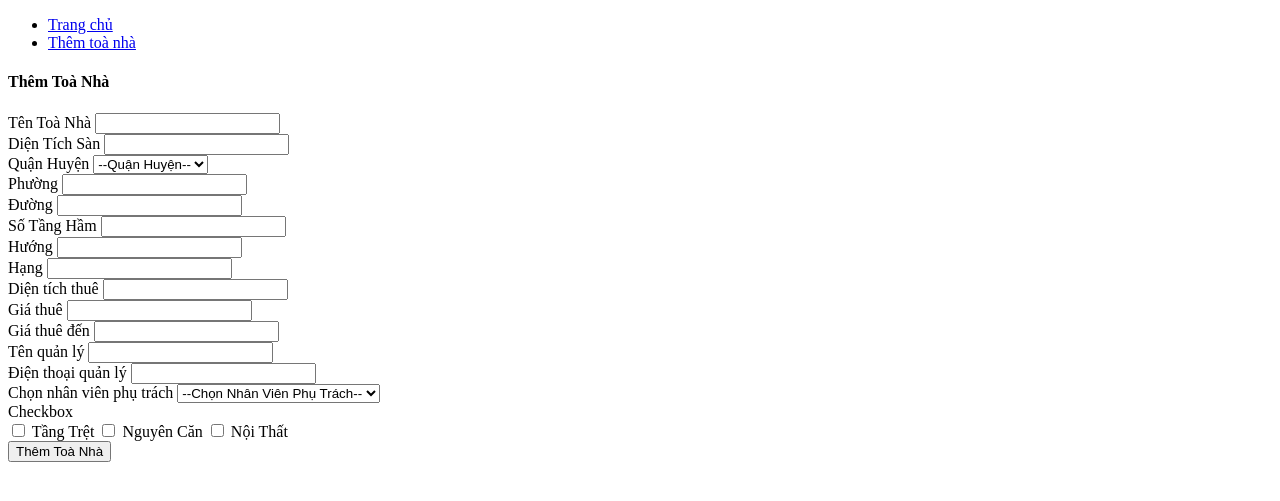
Repository: LeQuangBao0126/jspservlet122019_bao
Page: http://localhost/jspservletHUHUHU/views/admin/building/abcinsert.jsp
These files come from the project's save history. The page is drawn as it stood at one moment and after the next save; the edit follows.
The browser window is 1280 px wide. The pictures show the whole page.
The page is served by Tomcat 9. Nobody is signed in. The application's start-up code is not run. Other server files are loaded and not shown.

Above is the page before, as saved 2020-03-19 03:35:07.

### jspservletHUHUHU/src/main/webapp/views/admin/building/abcinsert.jsp
<%@ page language="java" contentType="text/html; charset=UTF-8" pageEncoding="UTF-8"%>
<!DOCTYPE html PUBLIC "-//W3C//DTD HTML 4.01 Transitional//EN" "http://www.w3.org/TR/html4/loose.dtd">
<html>
<head>
<meta http-equiv="Content-Type" content="text/html; charset=UTF-8">
<title>Thêm toà nhà</title>
</head>
<body>
<div class="main-content">
    <div class="main-content-inner">
        <div class="breadcrumbs ace-save-state" id="breadcrumbs">
            <ul class="breadcrumb">
                <li>
                    <i class="ace-icon fa fa-home home-icon"></i>
                    <a href="#">Trang chủ</a>
                </li>
                <li>
                    <i class="ace-icon fa fa-home home-icon"></i>
                    <a href="#">Thêm toà nhà</a>
                </li>
            </ul><!-- /.breadcrumb -->
        </div>
        <div class="page-content">
                    <div class="row">
                        <div class="widget-box">
                            <div class="widget-header">
                                <h4 class="widget-title">Thêm Toà Nhà</h4>
                                <div class="widget-toolbar">
                                    <a href="#" data-action="collapse">
                                        <i class="ace-icon fa fa-chevron-up"></i>
                                    </a>
                                </div>
                            </div>
                            <div class="widget-body">
                                <div class="widget-main">
                                    <div class="row">
                                        <div class="col-xs-12">
                                            <!-- PAGE CONTENT BEGINS -->
                                            <div class="row">
                                                <div class="col-sm-6">
                                                    <div>
                                                        <label for="name"> Tên Toà Nhà </label>
                                                        <input type="text" id="name" class="form-control" />
                                                    </div>
                                                </div>
                                                <div class="col-sm-6">
                                                    <div>
                                                        <label for=""> Diện Tích Sàn </label>
                                                        <input type="number" id="rentArea" class="form-control" />
                                                    </div>
                                                </div>
                                                <div class="col-sm-4">
                                                    <label for="">Quận Huyện</label>
	                                         		<select class="form-control" id="form-field-select-1">
													<option value="">--Quận Huyện--</option>
													<option value="a">aa</option>
													<option value="b">bb</option>
													<option value="c">cc</option>
													</select>
                                                </div>
                                                <div class="col-sm-4">
                                                    <label for="">Phường</label>
                                                    <input type="text" id="ward" class="form-control" />
                                                </div>
                                                <div class="col-sm-4">
                                                    <label for="">Đường</label>
                                                    <input type="text" class="form-control" />
                                                </div>
                                                <div class="col-sm-4">
                                                    <label for="">Số Tầng Hầm</label>
                                                    <input type="number" id="bumberOfBasesment" class="form-control" />
                                                </div>
                                                <div class="col-sm-4">
                                                    <label for="">Hướng</label>
                                                    <input type="text" class="form-control" />
                                                </div>
                                                <div class="col-sm-4">
                                                    <label for="">Hạng</label>
                                                    <input type="text" id="level" class="form-control" />
                                                </div>
                                                <div class="col-sm-3">
                                                    <label for="">Diện tích thuê</label>
                                                    <input type="number" id="rentArea" class="form-control" />
                                                </div>

                                                <div class="col-sm-3">
                                                    <label for="">Giá thuê </label>
                                                    <input type="number" id="rentCost" class="form-control" />
                                                </div>

                                                <div class="col-sm-3">
                                                    <label for="">Giá thuê đến</label>
                                                    <input type="number" id="rentCostTo" class="form-control" />
                                                </div>
                                                <div class="col-sm-4">
                                                    <label for="">Tên quản lý</label>
                                                    <input type="text" id="managerName" class="form-control" />
                                                </div>
                                                <div class="col-sm-4">
                                                    <label for="">Điện thoại quản lý</label>
                                                    <input type="text" id="managerPhone" class="form-control" />
                                                </div>
                                                <div class="col-sm-3">
                                                    <label for="">Chọn nhân viên phụ trách</label>
                                                    <select class="form-control" id="form-field-select-1">
													<option value="">--Chọn Nhân Viên Phụ Trách--</option>
													<option value="a">aa</option>
													<option value="b">bb</option>
													<option value="c">cc</option>
													</select>
                                                </div>
                                                <div class="col-sm-12">
                                                    <div class="control-group">
                                                        <label class="control-label bolder blue">Checkbox</label>
                                                        <div class="checkbox">
                                                            <label>
														<input name="form-field-checkbox" type="checkbox" class="ace">
														<span class="lbl">Tầng Trệt</span>
													</label>
                                                            <label>
														<input name="form-field-checkbox" type="checkbox" class="ace">
														<span class="lbl">Nguyên Căn</span>
													</label>
                                                            <label>
														<input name="form-field-checkbox" type="checkbox" class="ace">
														<span class="lbl">Nội Thất</span>
													</label>
                                                        </div>
                                                    </div>
                                                </div>
                                                <div class="col-sm-12">
                                                    <div class="pull-left" data-toggle="tooltip" title="Thêm Toà Nhà">
                                                        <button class="btn btn-sucess btn-info btn-bold">
												Thêm Toà Nhà
											</button>
                                                    </div>
                                                </div>
                                            </div>
                                            <!-- PAGE CONTENT ENDS -->
                                        </div>
                                        <!-- /.col -->
                                    </div>
                                </div>
                            </div>
                        </div>
                    </div>
                    <!-- /.row -->
                </div>
                <!-- /.page-content -->
    </div>
</div><!-- /.main-content -->
</body>
</html>

After the next save:
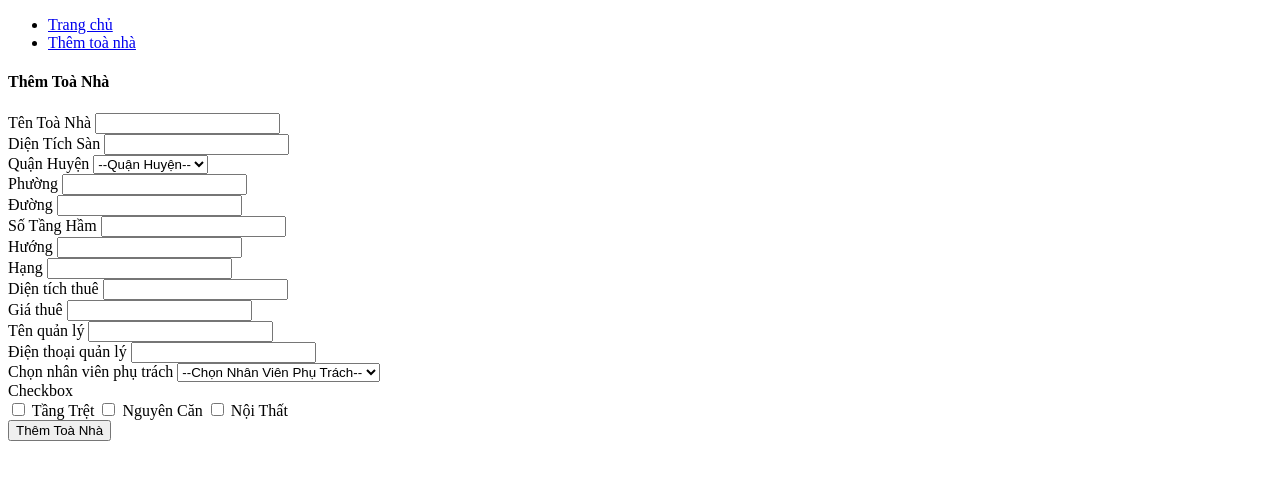
Saved 15 s later.
--- a/jspservletHUHUHU/src/main/webapp/views/admin/building/abcinsert.jsp
+++ b/jspservletHUHUHU/src/main/webapp/views/admin/building/abcinsert.jsp
@@ -88,10 +88,7 @@
                                                     <input type="number" id="rentCost" class="form-control" />
                                                 </div>
 
-                                                <div class="col-sm-3">
-                                                    <label for="">Giá thuê đến</label>
-                                                    <input type="number" id="rentCostTo" class="form-control" />
-                                                </div>
+
                                                 <div class="col-sm-4">
                                                     <label for="">Tên quản lý</label>
                                                     <input type="text" id="managerName" class="form-control" />
